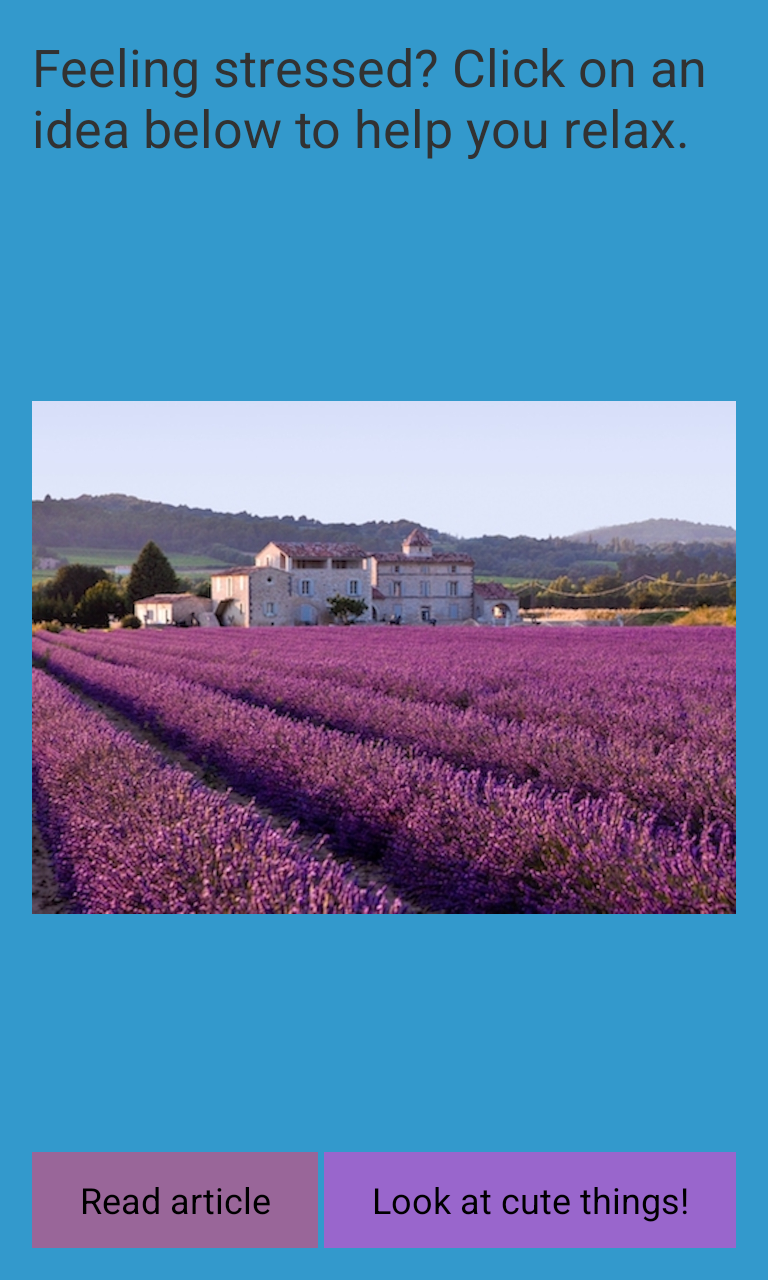
Repository: LSummers33/Apps101
Layout: Self-Care/res/layout/activity_main.xml
The author's editor kept a copy of each file at every save. The layout is drawn from the files as they stood at one save, then again after the next save.
It is drawn on a 768 x 1280 px phone screen (xhdpi) without system bars, with theme AppTheme; the app's code is not run.

Above is the layout before, as saved 2014-01-26 21:53:38.

### Self-Care/res/layout/activity_main.xml

<LinearLayout xmlns:android="http://schemas.android.com/apk/res/android"
    xmlns:tools="http://schemas.android.com/tools"
    android:layout_width="match_parent"
    android:layout_height="match_parent"
    android:paddingBottom="@dimen/activity_vertical_margin"
    android:paddingLeft="@dimen/activity_horizontal_margin"
    android:paddingRight="@dimen/activity_horizontal_margin"
    android:paddingTop="@dimen/activity_vertical_margin"
    android:orientation="vertical"
    android:background="#3399CC"
    tools:context=".MainActivity" >

    <TextView
        android:id="@+id/textView1"
        android:layout_width="wrap_content"
        android:layout_height="wrap_content"
        android:textSize="26sp"
        android:text="@string/hello_world" />

    <ImageView
        android:id="@+id/imageView1"
        android:layout_width="wrap_content"
        android:layout_height="0dp"
        android:layout_weight="1"
        android:contentDescription="@string/image"
        android:src="@drawable/lavender_field" />


<LinearLayout
    	android:layout_width="match_parent"
    	android:layout_height="wrap_content"
    	android:orientation="horizontal">

    <Button
        android:id="@+id/button1"
        android:layout_width="wrap_content"
        android:layout_height="wrap_content"
        android:layout_weight="1"
        android:background="#996699"
        android:onClick="read_article"
        android:text="@string/button1" />

    <Button
        android:id="@+id/button2"
        android:layout_width="wrap_content"
        android:layout_height="wrap_content"
        android:layout_weight="1"
        android:background="#9966CC"
        android:layout_marginLeft="3dp"
        android:onClick="cute_pics"
        android:text="@string/button2" />

</LinearLayout>

</LinearLayout>

### Self-Care/res/values/strings.xml
<?xml version="1.0" encoding="utf-8"?>
<resources>

    <string name="app_name">Self-Care</string>
    <string name="action_settings">Settings</string>
    <string name="hello_world">Feeling stressed? Click on an idea
        below to help you relax.</string>
    <string name="button1">Read article</string>
    <string name="button2">Look at cute things!</string>
    <string name="title_activity_music">MusicActivity</string>
    <string name="image">Smell the soothing scent of lavender while you
        relax and listen to the music.</string>

</resources>

Loaded but not shown: Self-Care/res/values/styles.xml (common file); Self-Care/res/values-v11/styles.xml (common file); Self-Care/res/values-v14/styles.xml (common file); Self-Care/res/values/dimens.xml (common file)

After the next save:
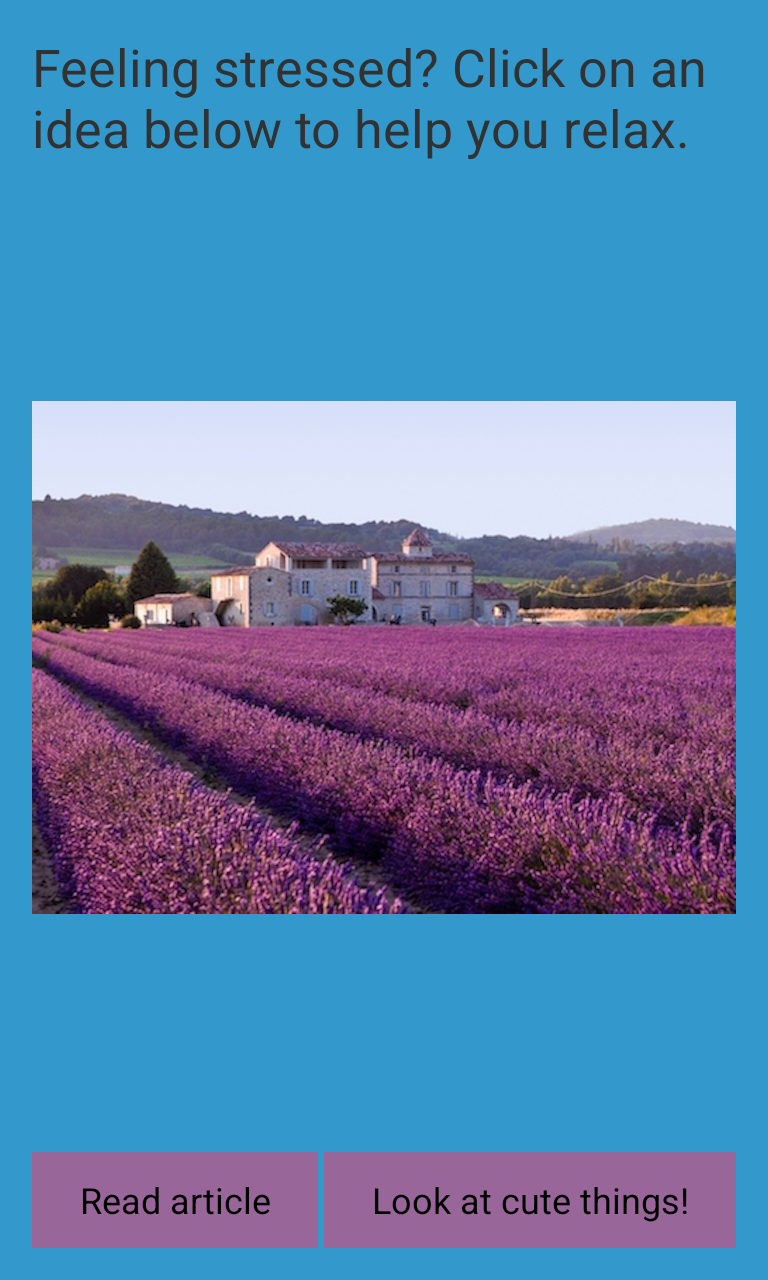
Saved 17 s later.
--- a/Self-Care/res/layout/activity_main.xml
+++ b/Self-Care/res/layout/activity_main.xml
@@ -46,7 +46,7 @@
         android:layout_width="wrap_content"
         android:layout_height="wrap_content"
         android:layout_weight="1"
-        android:background="#9966CC"
+        android:background="#996699"
         android:layout_marginLeft="3dp"
         android:onClick="cute_pics"
         android:text="@string/button2" />
